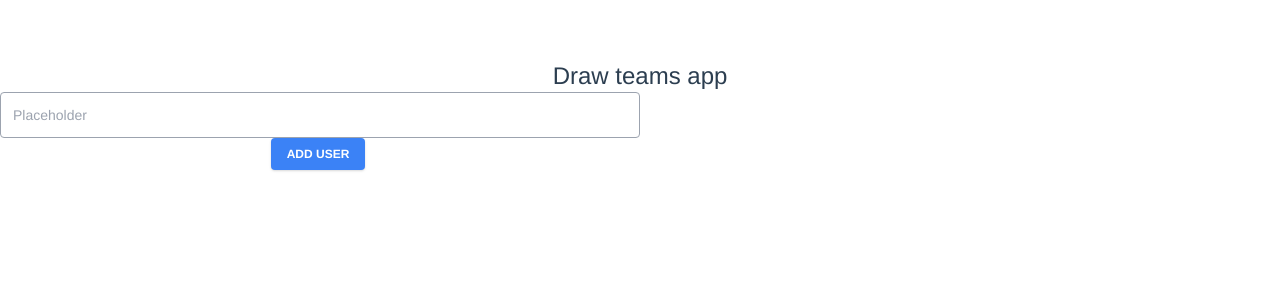
Repository: AlekJanevski/draw-teams-app
Page: /
These files come from the project's save history. The page is drawn as it stood at one moment and after the next save; the edit follows.
The browser window is 1280 px wide. The pictures show the whole page.
The project was rebuilt for these pictures with package versions that can differ from the ones it lists, and the page was loaded fresh each time.

Above is the page before, as saved 2021-03-18 20:21:07.

After the next save:
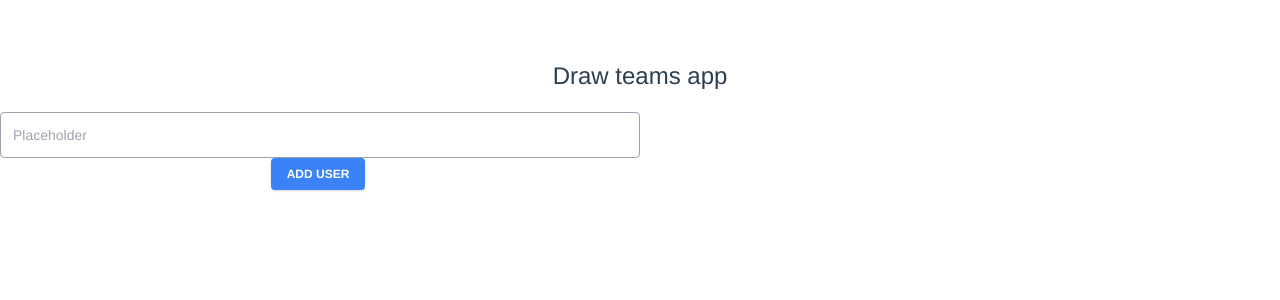
Saved 7 s later.
--- a/src/components/HelloWorld.vue
+++ b/src/components/HelloWorld.vue
@@ -1,6 +1,6 @@
 <template>
   <div>
-    <h1 class="text-2xl">Draw teams app</h1>
+    <h1 class="mb-5 text-2xl">Draw teams app</h1>
 
     <!-- Add user wrapper starts -->
     <div class="w-1/2 pt-0 mb-3">
